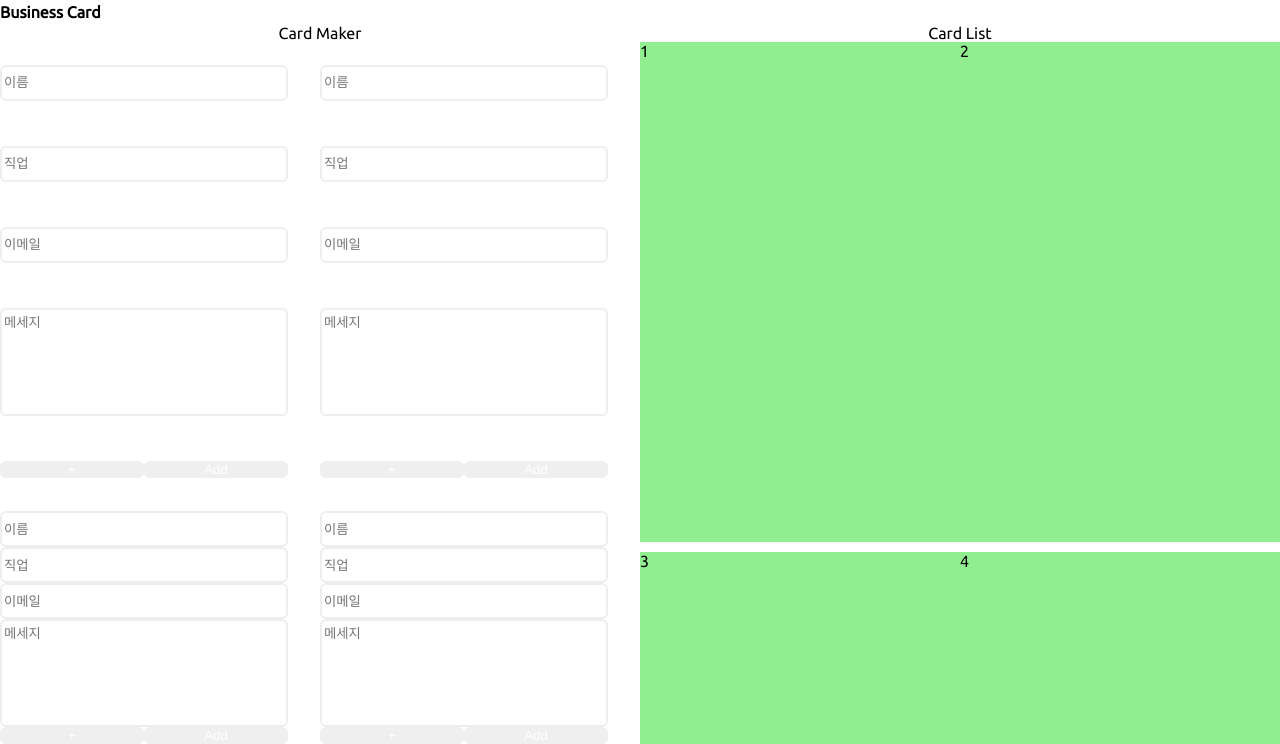
Repository: momo0170/react_businesscard
Page: /main
An editor plug-in stored every save of this project. The page is shown before and after the next save, followed by the edit.
The browser window is 1280 px wide. The pictures show the whole page.
The page's requests for data from a server got no answer. The project was rebuilt for these pictures with package versions that can differ from the ones it lists, and the page was loaded fresh each time. No one was signed in, and anything a server would have sent is missing. Also part of the build but not shown: src/css/login.module.css, src/route/login.jsx.

Above is the page before, as saved 2022-08-14 22:04:09.

### public/index.html
<!DOCTYPE html>
<html lang="en">
  <head>
    <meta charset="utf-8" />
    <link rel="icon" href="%PUBLIC_URL%/favicon.ico" />
    <meta name="viewport" content="width=device-width, initial-scale=1" />
    <meta name="theme-color" content="#000000" />
    <meta
      name="description"
      content="Web site created using create-react-app"
    />
    <link rel="preconnect" href="https://fonts.googleapis.com" />
    <link rel="preconnect" href="https://fonts.gstatic.com" crossorigin />
    <link
      href="https://fonts.googleapis.com/css2?family=Noto+Sans+KR:wght@400;700&family=Ubuntu:ital,wght@0,400;1,500&display=swap"
      rel="stylesheet"
    />

    <title>App</title>
  </head>
  <body>
    <noscript>You need to enable JavaScript to run this app.</noscript>
    <div id="root"></div>
  </body>
</html>

### src/index.js
import React from 'react';
import ReactDOM from 'react-dom/client';
import './index.css';
import App from './app.jsx';
import { BrowserRouter } from 'react-router-dom';

const root = ReactDOM.createRoot(document.getElementById('root'));
root.render(
  <BrowserRouter>
    <App />
  </BrowserRouter>
);

### src/index.css
html {
  width: 100%;
  height: 100%;
}

body {
  width: 100%;
  height: 100%;
  margin: 0;
  font-family: 'Noto Sans KR', sans-serif;
  font-family: 'Ubuntu', sans-serif;
}

#root {
  width: 100%;
  height: 100%;
}

### src/app.jsx
import React, { useState, useRef } from 'react';
import { Routes, Route } from 'react-router-dom';

import Login from './route/login';
import Main from './route/main';

import { auth } from './service/firebase.js';
import './service/firebase.js';
import writeUserData from './service/database.js';
import {
  GoogleAuthProvider,
  signInWithPopup,
  createUserWithEmailAndPassword,
  onAuthStateChanged,
  signInWithEmailAndPassword,
  signOut,
} from 'firebase/auth';

// createUserWithEmailAndPassword : 회원가입
// signInWithEmailAndPassword : 로그인
// signOut : 로그아웃
// sendEmailVerifiacation : 회원가입한 이메일 유호 확인
// updateEmail : 회원가입한 아이디 이메일 변경
// updatePassword : 회원가입한 아이디 패스워드 변경
// sendPasswordResetEmail : 회원가입한 비빌먼호 재설정
// delete : 회원가입한 아이디 삭제
// reauthenticate : 아이디 재인증
// onAuthStateChanged : 사용자의 로그인 상태 변경 감시

function App() {
  const [registerEmail, setRegisterEmail] = useState('');
  const [registerPassword, setRegisterPassword] = useState('');
  const [loginEmail, setLoginEmail] = useState(''); // email 저장하는 변수
  const [loginPassword, setLoginPassword] = useState(''); // 비밀번호 저장하는 변수
  const [googleUserData, setGoogleUserData] = useState(null); // google 로그인 사용자 정보
  const [emailUserData, setEmailUserData] = useState(null); // email 로그인 사용자 정보
  const loginInputId = useRef(); // id input 태그 제어
  const loginInputPassword = useRef(); // password input 태그 제어

  // 회원가입
  const register = () => {
    createUserWithEmailAndPassword(auth, registerEmail, registerPassword)
      .then((userCredential) => {
        var registerUser = userCredential.user;
        console.log(registerUser);
      })
      .catch((error) => {
        var errorCode = error.code;
        var errorMessage = error.message;
        console.log(errorCode);
        console.log(errorMessage);
        // ..
      });
  };

  // 이메일 로그인
  const emailLogin = (e) => {
    e.preventDefault();
    loginInputId.current.value = '';
    loginInputPassword.current.value = '';
    signInWithEmailAndPassword(auth, loginEmail, loginPassword)
      .then((userCredential) => {
        const data = userCredential.user;
        setEmailUserData(data);
        console.log(data);
        document.location.href = '/main';
      })
      .catch((error) => {
        const errorCode = error.code;
        const errorMessage = error.message;
        console.log(errorCode);
        console.log(errorMessage);
      });
  };

  // 구글 로그인
  const googleLogin = () => {
    const provider = new GoogleAuthProvider(); // provider를 구글로 설정
    signInWithPopup(auth, provider) // popup을 이용한 signup
      .then((data) => {
        setGoogleUserData(data.user); // user data 설정
        console.log(data); // console로 들어온 데이터 표시
        document.location.href = '/main';
      })
      .catch((err) => {
        console.log(err);
      });
  };

  return (
    <Routes>
      <Route path="/">
        <Route
          path="login"
          element={
            <Login
              googleLogin={googleLogin}
              register={register}
              emailLogin={emailLogin}
              googleUserData={googleUserData}
              setGoogleUserData={setGoogleUserData}
              emailUserData={emailUserData}
              setEmailUserData={setEmailUserData}
              setLoginEmail={setLoginEmail}
              setLoginPassword={setLoginPassword}
              loginInputId={loginInputId}
              loginInputPassword={loginInputPassword}
            />
          }
        />
      </Route>
      <Route path="/main" element={<Main />} />
    </Routes>
  );
}

export default App;

### src/route/main.jsx
import React from 'react';
import { useState } from 'react';
import styles from '../css/main.module.css';
import CardMaker from '../components/cardMaker';

function Main() {
  const [maker, setMaker] = useState([
    {
      name: '창한',
      job: 'Front-End Developer',
      email: 'momo017097@gmail.com',
      message: '화이팅',
    },
    {
      name: 'Donald',
      job: 'FBI agent',
      email: 'dnd@gmail.com',
      message: 'Get down here',
    },
  ]);
  const [card, setCard] = useState([]);

  return (
    <>
      <header className={styles.header}>
        <span className={styles.title}>Business Card</span>
        <div>
          <span className={styles.logout}>로그아웃</span>
        </div>
      </header>
      <div className={styles.container}>
        {/* 카드 메이커 */}
        <div className={styles.cardMakerTitle}>
          <span>Card Maker</span>
          <div className={styles.cardMakers}>
            <CardMaker />
            <CardMaker />
            <CardMaker />
            <CardMaker />
          </div>
        </div>

        {/* 카드 리스트 */}
        <div className={styles.cardListTitle}>
          <span>Card List</span>
          <div className={styles.cardLists}>
            <div>1</div>
            <div>2</div>
            <div>3</div>
            <div>4</div>
          </div>
        </div>
      </div>
    </>
  );
}

export default Main;

### src/service/firebase.js
import { initializeApp } from 'firebase/app';
import { getAuth } from 'firebase/auth';

const firebaseConfig = {
  apiKey: process.env.REACT_APP_API_KEY,
  authDomain: process.env.REACT_APP_AUTH_DOMAIN,
  projectId: process.env.REACT_APP_PROJECT_ID,
  storageBucket: process.env.REACT_APP_STORAGE_BUCKET,
  messagingSenderId: process.env.REACT_APP_MESSAGING_ID,
  appId: process.env.REACT_APP_APP_ID,
};
const app = initializeApp(firebaseConfig);
const auth = getAuth(app);

export { app, auth };

### src/service/database.js
import { getDatabase, ref, set } from 'firebase/database';

// set을 사용해서 지정된 참조에 데이터를 저장
// 해당 경로의 기존 데이터를 모두 바꿈
// 하위 노드를 포함하여 지정된 위치의 데이터를 덮어 씀
const writeUserData = (userId, name, email) => {
  const db = getDatabase();
  set(ref(db, '/main/users/' + userId), {
    username: name,
    email: email,
  });
};

// onValue 메소드가 이벤트를 관찰
// 이벤트가 발생하면 지정한 경로에 있는 콘텐츠의 정적 스냅샷을 읽음
// 처음에 리스너에 연결될 때 한 번 트리거되고, 하위 요소를 포함한 데이터가 변경될 때마다 다시 트리거
// 리스너는 이벤트 발생 시점에 지정된 위치에 있던 데이터르 포함하는 스냅샷을 수신
// val() 메소트를 이용해 스냅샷 데이터 검색 가능

export default writeUserData;

### src/css/main.module.css
@value normalBlue from '../common/colors.css';
@value marginNormal, fontXLarge, marginHigh, paddingLow, fontLarge, paddingNormal, paddingHigh, fontXXLarge from '../common/size.css';

.header {
  display: flex;
  justify-content: space-between;
  align-items: center;
  padding: paddingNormal paddingHigh;
  position: sticky;
  top: 0;
  background-color: white;
}

.title {
  color: normalBlue;
  margin: 0;
  font-size: fontXXLarge;
  font-weight: 600;
}

.logout {
  cursor: pointer;
  background-color: normalBlue;
  padding: paddingLow;
  color: white;
  font-weight: 600;
  border-radius: 6px;
}

.container {
  display: flex;
  height: 100vh;
}

.cardMakerTitle,
.cardListTitle {
  display: flex;
  flex-direction: column;
  align-items: center;
}
.cardMakerTitle,
.cardListTitle {
  /* background-color: grey; */
  flex: 1 1 50%;
}

.cardMakerTitle span,
.cardListTitle span {
  margin-bottom: marginNormal;
  font-size: fontXLarge;
}

.cardMakers,
.cardLists {
  width: 100%;
  height: 100%;
  display: grid;
  grid-template-columns: repeat(auto-fill, 50%);
  grid-template-rows: repeat(auto-fill, minmax(400px, 500px));
  overflow: auto;
  row-gap: 10px;
}

.cardLists div {
  background-color: lightgreen;
}

### src/components/cardMaker.jsx
import styles from '../css/cardMaker.module.css';

function CardMaker() {
  return (
    <div className={styles.frame}>
      <input className={styles.name} placeholder="이름" />
      <input className={styles.job} placeholder="직업" />
      <input className={styles.email} placeholder="이메일" />
      <textarea className={styles.message} placeholder="메세지" />
      <div className={styles.btns}>
        <button className={styles.photoBtn}>+</button>
        <button className={styles.addBtn}>Add</button>
      </div>
    </div>
  );
}

export default CardMaker;

### src/css/cardMaker.module.css
@value normalBlue, cardBackground, cardBorder, cardAdd, cardDelete, photoAdd from '../common/colors.css';
@value marginNormal, fontXLarge, marginHigh, paddingLow, fontLarge, paddingNormal, paddingHigh, fontXXLarge from '../common/size.css';

.frame {
  width: 90%;
  display: flex;
  flex-direction: column;
  justify-content: space-around;
  background-color: cardBackground;
  border: 1px solid cardBorder;
  border-radius: 6px;
}

input {
  margin: 0 marginHigh;
  margin-top: marginNormal;
  border: 2px solid #eeeeee;
  border-radius: 6px;
  padding-left: paddingLow;
}

.message {
  margin: marginHigh;
  border: 2px solid #eeeeee;
  border-radius: 6px;
  height: 100px;
  resize: none;
  padding: paddingLow;
}

.name,
.job,
.email {
  height: 30px;
}

input:focus,
.message:focus {
  border: 2px solid normalBlue;
}

.btns {
  display: flex;
  justify-content: space-between;
  margin: 0 marginHigh;
}
.photoBtn,
.addBtn {
  outline: 0;
  border: 0;
  border-radius: 6px;
  cursor: pointer;
  flex: 1 1 50%;
  color: white;
  padding: paddingNormal 0;
}

.photoBtn {
  background-color: photoAdd;
}
.addBtn {
  background-color: normalBlue;
}

After the next save:
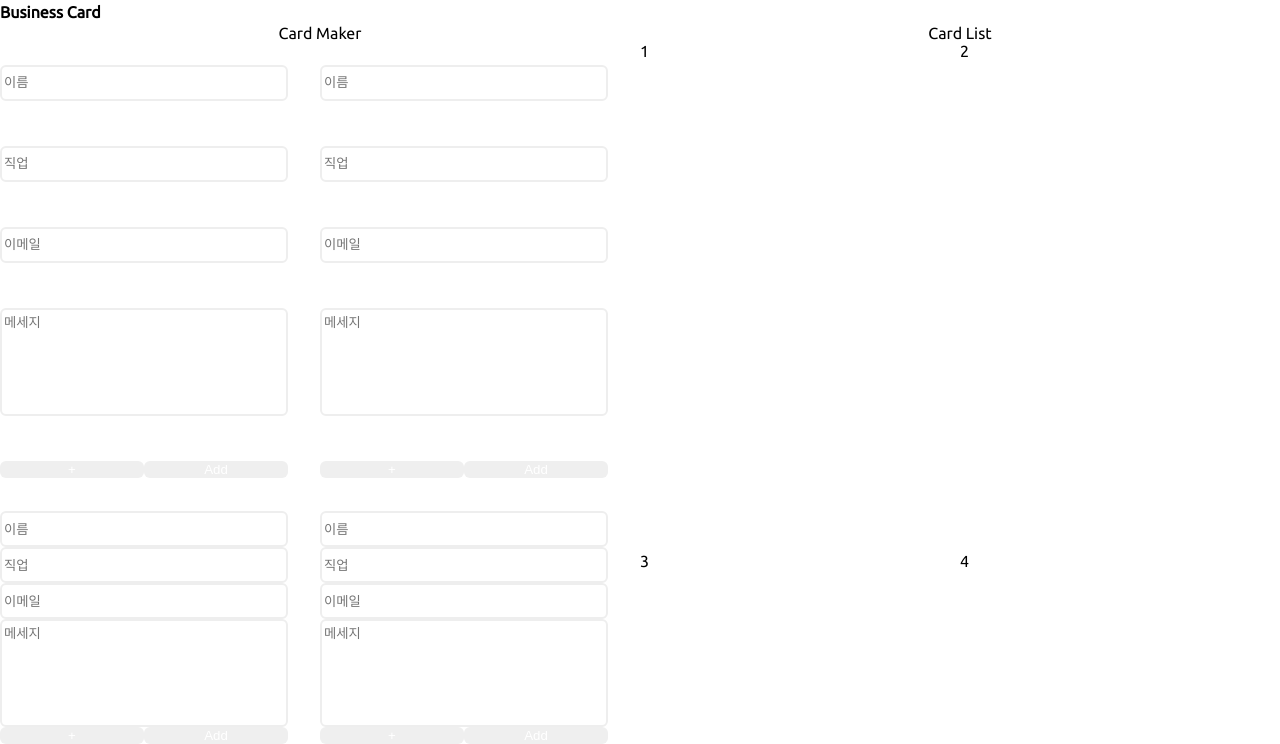
Saved 21 s later.
--- a/src/css/main.module.css
+++ b/src/css/main.module.css
@@ -60,7 +60,3 @@
   overflow: auto;
   row-gap: 10px;
 }
-
-.cardLists div {
-  background-color: lightgreen;
-}
